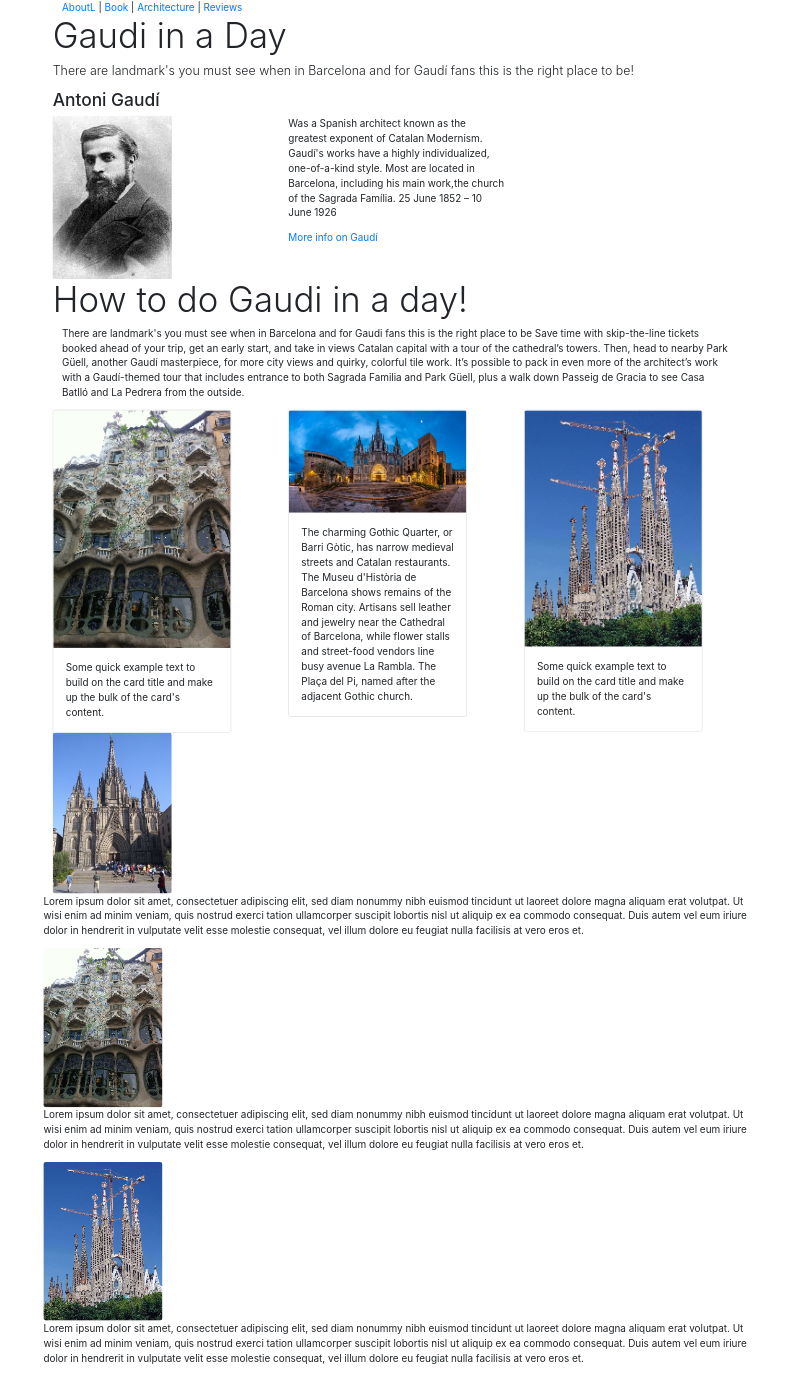
Repository: Taitdanielle/Milestone1
Page: index.html
The author's editor kept a record of every edit. The page is drawn from the files as they stood at one moment, then again after the next edit.
The browser window is 1280 px wide. The pictures show the whole page, at 62% of full size.

Above is the page before.

After the next edit:
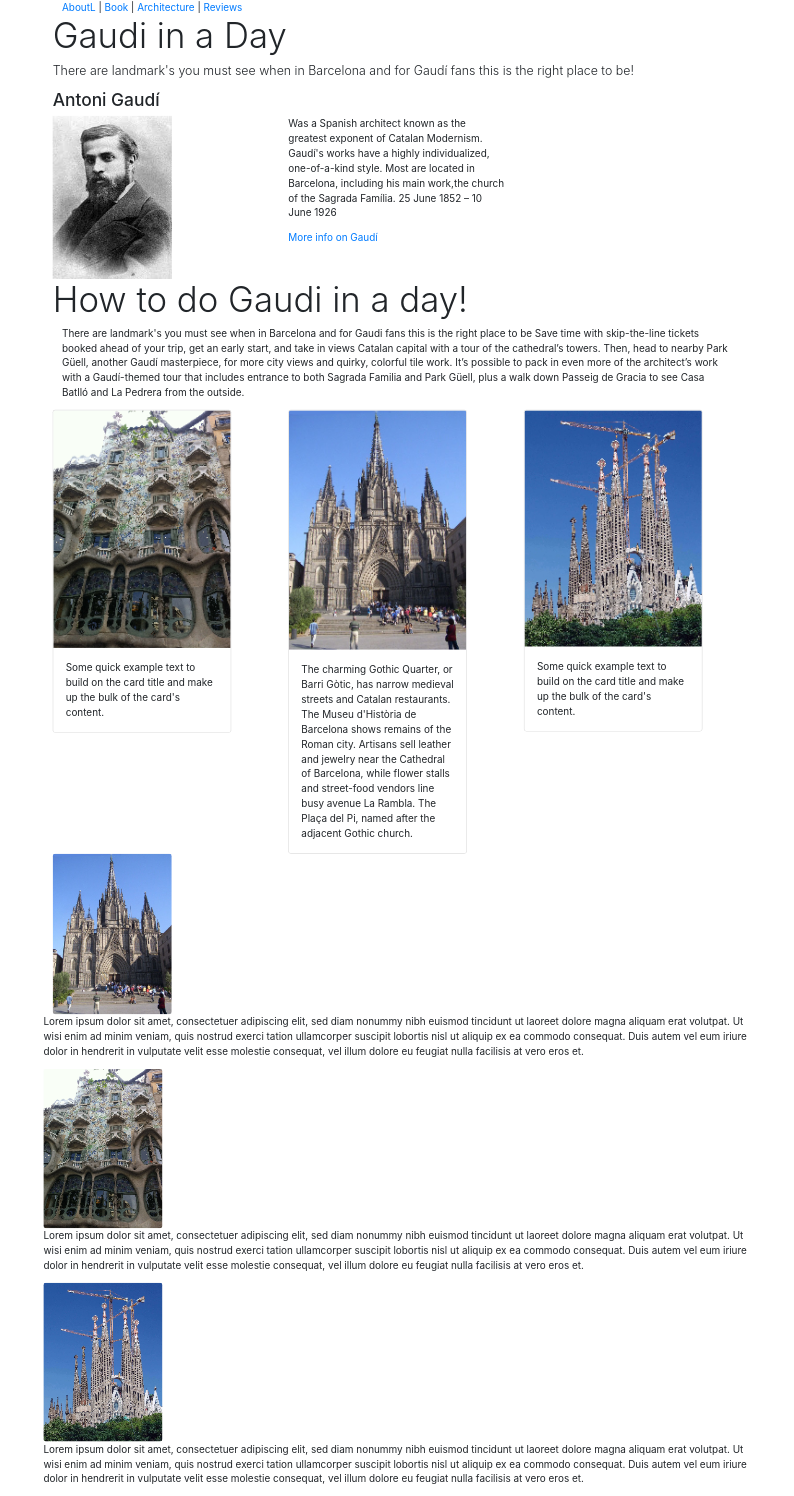
The edit:
--- a/index.html
+++ b/index.html
@@ -66,7 +66,7 @@
                 </div>
                 <div class="col-md-4">
                     <div class="card" style="width: 18rem;">
-                        <img src="images/barrigotic.jpg" class="card-img-top" alt=" Barri Gotic Building">
+                        <img src="images/Sta-eulalia.jpg" class="card-img-top" alt=" Barri Gotic Building">
                         <div class="card-body">
                             <p class="card-text">The charming Gothic Quarter, or Barri Gòtic, has narrow medieval streets and Catalan restaurants. The Museu d'Història de Barcelona shows remains of the Roman city. Artisans sell leather and jewelry near the Cathedral of Barcelona,
                                 while flower stalls and street-food vendors line busy avenue La Rambla. The Plaça del Pi, named after the adjacent Gothic church.</p>
